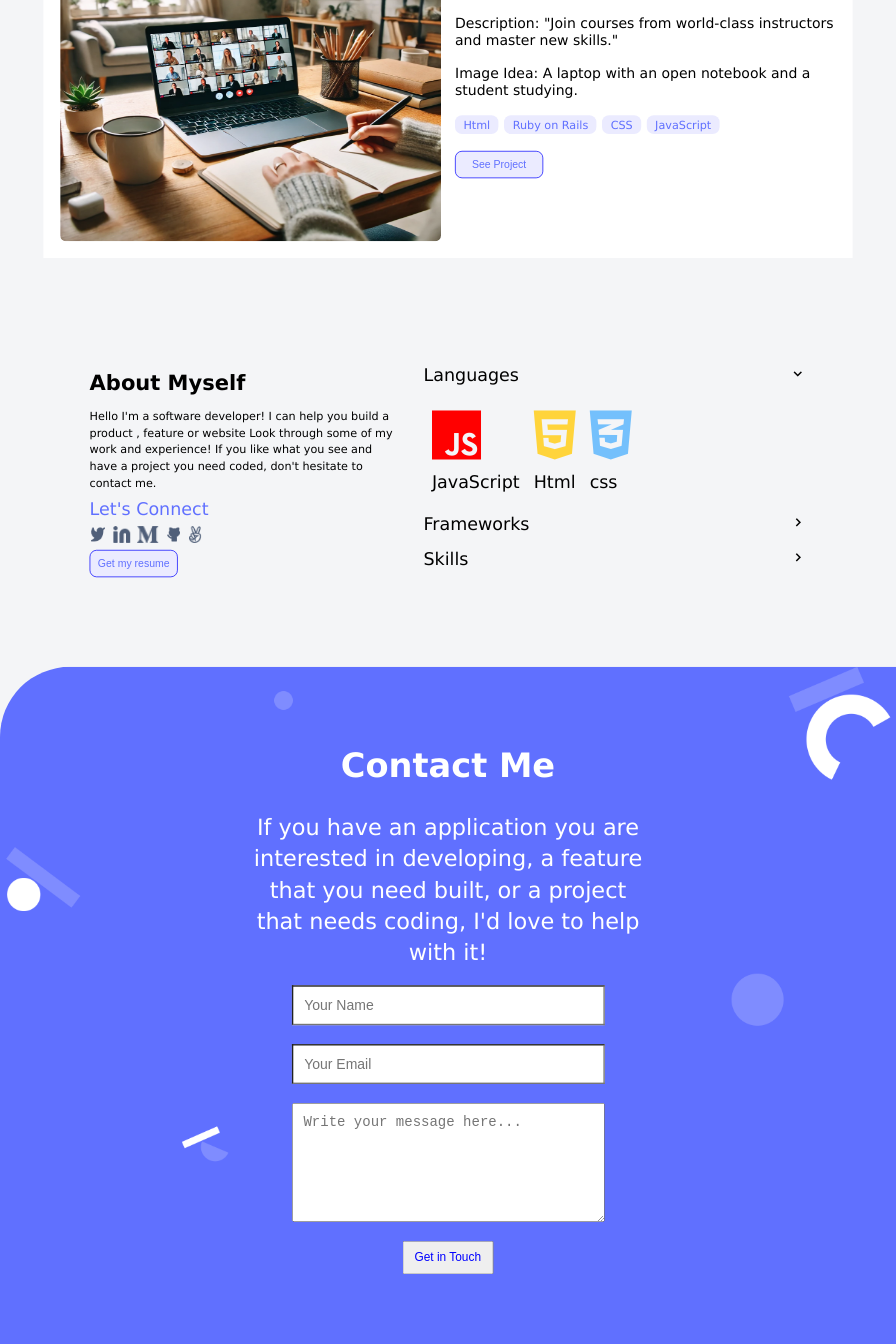
Repository: usman3123/portfolio-template-3
Page: portfolio.html
These files come from the project's save history. The page is drawn as it stood at one moment and after the next save; the edit follows.
The browser window is 1280 px wide. The pictures show the part of the page from y = 2912 to 4832 px (the page is 4832 px tall before and 4745 px after), at 70% of full size.
Some web libraries are served in a nearby version.

Above is the page before, as saved 2025-01-29 12:19:35.
Not found: index.js

After the next save:
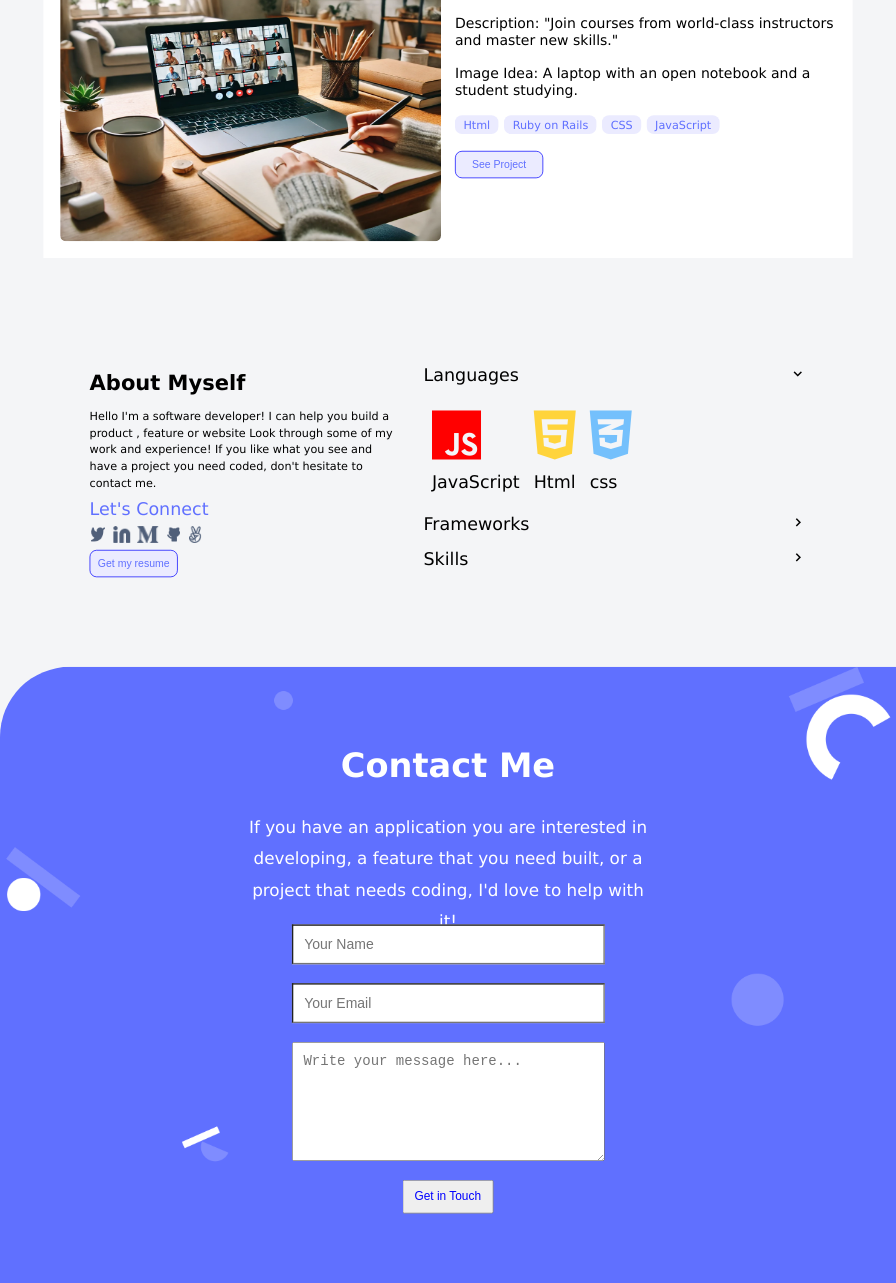
Saved 73 s later.
--- a/style.css
+++ b/style.css
@@ -252,10 +252,12 @@ body {
 }
 .contact-description {
     max-width: 569px;
-    font-size: 2rem;
+    font-size: 1.5rem;
     line-height: 2.8rem;
     text-align: center;
     color: white;
+    max-height: 137px;
+
 }
 .contact-form {
     gap: 27px;
